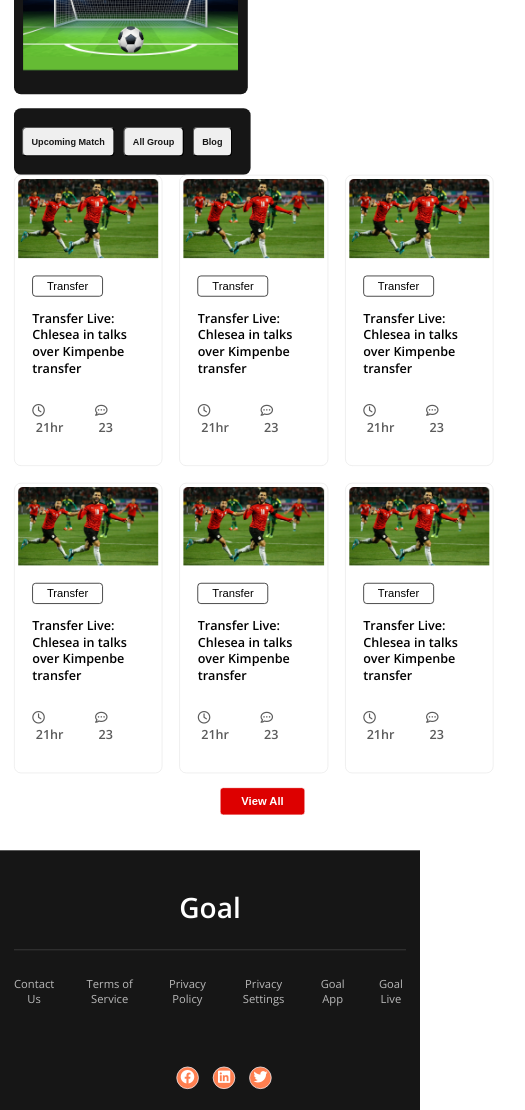
Repository: zjria/Qatar-world-cup
Page: index.html
An editor plug-in stored every save of this project. The page is shown before and after the next save, followed by the edit.
The browser window is 600 px wide. The page is 750 px wide, so the pictures cover 750 px, including what lies to the right of the window. The pictures show the part of the page from y = 574 to 2814 px (the page is 2160 px tall before and 4512 px after), at 70% of full size.

Above is the page before, as saved 2022-09-11 10:14:19.

After the next save:
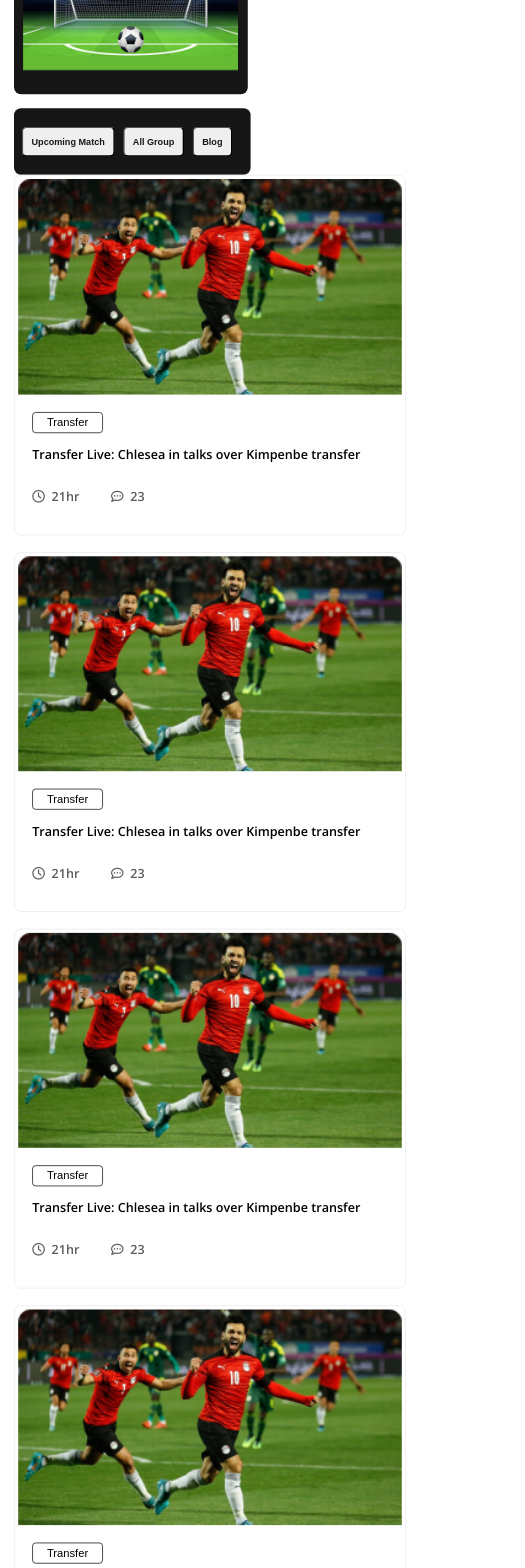
Saved 56 s later.
--- a/style.css
+++ b/style.css
@@ -346,4 +346,11 @@
         margin: 20px;
         flex-direction: column;
     }
-}
+
+    .main-section {
+        display: grid;
+        grid-template-columns: repeat(1, 1fr);
+        grid-column-gap: 24px;
+        grid-row-gap: 24px;
+    }
+}
